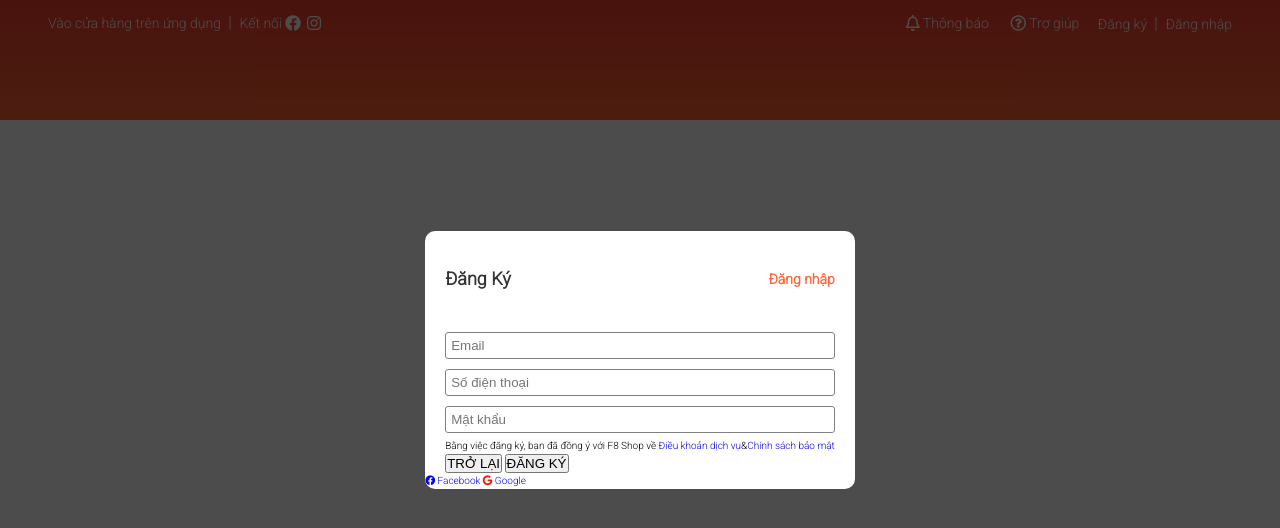
Repository: kebinh1235/Shopee-Demo
Page: index.html
An editor plug-in stored every save of this project. The page is shown before and after the next save, followed by the edit.
The browser window is 1280 px wide. The pictures show the whole page.

Above is the page before, as saved 2021-10-01 22:27:35.

### index.html
<!DOCTYPE html>
<html lang="en">

<head>
  <meta charset="UTF-8">
  <meta http-equiv="X-UA-Compatible" content="IE=edge">
  <meta name="viewport" content="width=device-width, initial-scale=1.0">
  <title>F8 Shop</title>
  <link rel="stylesheet" href="./asset/css/main.css">
  <link rel="stylesheet" href="./asset/css/base.css">
  <link rel="stylesheet" href="https://cdnjs.cloudflare.com/ajax/libs/font-awesome/5.15.4/css/all.min.css">
</head>

<body>
  <div class="app">
    <header class="header">
      <div class="grid">
        <nav class="header__navbar">
          <ul class="header__navbar-list">
            <li class="header__navbar-item header__item-separator">
              Vào cửa hàng trên ứng dụng
              <div class="header__navbar-QRCode">
                <div class="header__navbar-QRCode-img">
                  <img
                    src="https://upload.wikimedia.org/wikipedia/commons/thumb/d/d0/QR_code_for_mobile_English_Wikipedia.svg/1200px-QR_code_for_mobile_English_Wikipedia.svg.png"
                    alt="">
                </div>
                <div class="header__navbar-QRCode-social">
                  <a class="header__navbar-QRCode-link" href="#">
                    <i class="fab fa-google header__navbar-QRCode-icon-google"></i>
                    <span class="header__navbar-QRCode-title-google">Google</span>
                  </a>
                  <a class="header__navbar-QRCode-link" href="#">
                    <i class="fab fa-facebook header__navbar-QRCode-icon-facebook"></i>
                    <span class="header__navbar-QRCode-title-facebook">Facebook</span>
                  </a>
                </div>
              </div>
            </li>
            <li class="header__navbar-item">
              <span class="user__select-none">Kết nối</span>
              <a class="header__navbar-link-icon" href="#">
                <i class="fab fa-facebook header__navbar-icon"></i>
              </a>
              <a class="header__navbar-link-icon" href="#">
                <i class="fab fa-instagram header__navbar-icon"></i>
              </a>
            </li>
          </ul>
          <ul class="header__navbar-list">
            <li class="header__navbar-item">
              <a href="#" class="header__navbar-link">
                <i class="far fa-bell header__navbar-icon"></i>
                Thông báo
              </a>
              <div class="header__navbar-notification">
                <div class="header__navbar-noti-heading">
                  <h3>Thông báo nhận hàng</h3>
                </div>
                <ul class="header__navbar-noti-list">
                  <li class="header__navbar-noti-list-item header__navbar-noti-list-viewd">
                    <a class="header__navbar-noti-list-link" href="#">
                      <img src="https://www.oberlo.com/media/1603958036-new-products.jpg" alt="">
                      <div class="header_navbar-noti-content">
                        <span class="header_navbar-noti-name">Xác thực chính hãng nguồn gốc các sản phẩm Ohui</span>
                        <span class="header_navbar-noti-description">Xác thực chính hãng nguồn gốc các sản phẩm
                          Ohui</span>
                      </div>
                    </a>
                  </li>
                  <li class="header__navbar-noti-list-item header__navbar-noti-list-viewd">
                    <a class="header__navbar-noti-list-link" href="#">
                      <img src="https://www.oberlo.com/media/1603958036-new-products.jpg" alt="">
                      <div class="header_navbar-noti-content">
                        <span class="header_navbar-noti-name">Xác thực chính hãng nguồn gốc các sản phẩm Ohui</span>
                        <span class="header_navbar-noti-description">Xác thực chính hãng nguồn gốc các sản phẩm
                          Ohui</span>
                      </div>
                    </a>
                  </li>
                  <li class="header__navbar-noti-list-item">
                    <a class="header__navbar-noti-list-link" href="#">
                      <img src="https://www.oberlo.com/media/1603958036-new-products.jpg" alt="">
                      <div class="header_navbar-noti-content">
                        <span class="header_navbar-noti-name">Xác thực chính hãng nguồn gốc các sản phẩm Ohui</span>
                        <span class="header_navbar-noti-description">Xác thực chính hãng nguồn gốc các sản phẩm
                          Ohui</span>
                      </div>
                    </a>
                  </li>
                </ul>
                <div class="header__navbar-noti-footer">
                  <a class="header__navbar-noti-footer-link" href="#">Xem tất cả</a>
                </div>
              </div>
            </li>
            <li class="header__navbar-item">
              <a href="#" class="header__navbar-link">
                <i class="far fa-question-circle header__navbar-icon"></i>
                Trợ giúp
              </a>
            </li>
            <li class="header__navbar-item">
              <a href="#" class="header__navbar-link header__item-bold header__item-separator">Đăng ký</a>
            </li>
            <li class="header__navbar-item">
              <a href="#" class="header__navbar-link header__item-bold">Đăng nhập</a>
            </li>
          </ul>
        </nav>
      </div>
    </header>

    <div class="container">

    </div>

    <div class="footer">

    </div>
    <!--Modal-->
    <div class="modal">
      <div class="modal__overlay"></div>
      <div class="modal__body">
        <div class="modal__inner">
          <div class="auth__form">
            <div class="auth__form-padding">
              <div class="auth__form-header">
                  <h3 class="auth__form-heading">Đăng Ký</h3>
                  <span class="authb__form-btn-switch">Đăng nhập</span>
              </div>
              <div class="auth__form-form">
                <div class="auth__form-group">
                  <input class="auth__form-input" type="text" placeholder="Email">
                </div>
                <div class="auth__form-group">
                  <input class="auth__form-input" type="text" placeholder="Số điện thoại">
                </div>
                <div class="auth__form-group">
                  <input class="auth__form-input" type="text" placeholder="Mật khẩu">
                </div>
              </div>
              <div class="auth__form-note">
                <p class="auth_form-text">
                  Bằng việc đăng ký, bạn đã đồng ý với F8 Shop về
                  <a class="auth__form-note-link" href="#">Điều khoản dịch vụ</a>&<a class="auth__form-note-link" href="#">Chính sách bảo mật</a>
                </p>
              </div>
              <div class="auth__form-controls">
                <button class="btn">TRỞ LẠI</button>
                <button class="btn btn-primary">ĐĂNG KÝ</button>
              </div>
            </div>
            <div class="auth__form-social">
              <a href="#" class="btn btn-with-icon">
                <i class="fab fa-facebook header__navbar-QRCode-icon-facebook"></i>
                Facebook
              </a>
              <a href="#" class="btn btn-with-icon">
                <i class="fab fa-google header__navbar-QRCode-icon-google"></i>
                Google
              </a>
            </div>
          </div>
        </div>
      </div>
    </div>
  </div>
</body>

</html>

### asset/css/main.css
.header {
  height: 120px;
  background: linear-gradient(0, #fe6433, #f53e2d)
}
.header__navbar {
  display: flex;
  justify-content: space-between;
  padding: 10px 0;
}
.header__navbar-QRCode{
  background: white;
  height: 200px;
  position: absolute;
  top: 30px;
  padding: 10px;
  display: none;
  animation: fadeIn ease-out .8s;
}
.header__navbar-item:hover .header__navbar-QRCode {
  display: block;
}
.header__navbar-item:hover .header__navbar-notification {
  display: block;
}
.header__navbar-QRCode-img{
  width: 160px;
}
.header__navbar-QRCode-img img {
  width: 100%;
}
.header__navbar-QRCode-social {
  display: flex;
  align-items: center;
  justify-content: space-between;
}
.header__navbar-QRCode-social:before {
  content: '';
  position: absolute;
  top: -8px;
  left: 0;
  width: 100%;
  height: 10px;
  background: transparent;
}
.header__navbar-QRCode-link {
  font-size: 1.4rem;
  color: var(--text-color);
}
.header__navbar-QRCode-title-google:hover {
  color: #ff1100;
  transition: var(--transition-primary);
}
.header__navbar-QRCode-title-facebook:hover {
  color: blue;
  transition: var(--transition-primary);
}
.header__navbar-QRCode-icon-google {
  color: #ff1100;
}
.header__navbar-QRCode-icon-facebook {
  color: blue;
}
.header__navbar-list {
  list-style: none;
}
.header__navbar-item {
  margin: 0 8px;
  position: relative;
  min-height: 26px;
}
.header__item-separator::after {
  content: '';
  position: absolute;
  right: -10px;
  top: 50%;
  transform: translateY(-50%);
  height: 12px;
  border: 1px solid #FB9086;
}
.header__navbar-item,
.header__navbar-link {
  display: inline-block;
  font-size: 1.4rem;
  color: var(--white-color);
  text-decoration: none;
  font-weight: 300;
}
.header__navbar-item:hover,
.header__navbar-link:hover,
.header__navbar-link-icon:hover {
  cursor: pointer;
  color: rgba(255, 255, 255, 0.7);
}
.header__navbar-item,
.header__navbar-link,
.header__navbar-link-icon {
  display: inline-flex;
  align-items: center;
}
.header__navbar-link-icon {
  color: var(--white-color);
}
.header__navbar-icon {
  font-size: 1.6rem;
  margin: 0 3px;
}
.header__item-bold {
  font-weight: 500;
}
.user__select-none {
  cursor: text;
  color: var(--white-color);
}
.header__navbar-notification{
  position: absolute;
  top: 35px;
  right: 0;
  width: 404px;
  background: var(--white-color);
  display: none;
  box-shadow: rgba(0, 0, 0, 0.16) 0px 1px 4px;
  animation: growthUp ease-in .3s;
  will-change: opacity, transform, scale;
  transform-origin: calc(100% - 20px) top;
}
.header__navbar-notification:before {
  content: "";
  position: absolute;
  top: -10px;
  right: 0;
  width: 100%;
  background: transparent;
  height: 15px;
}
.header__navbar-notification:after {
  content: "";
  position: absolute;
  top: -32px;
  right: 10px;
  border: 20px solid #000;
  border-color: transparent transparent var(--white-color) transparent;
}
.header__navbar-noti-heading{
  padding: 10px;
  box-shadow: rgba(0, 0, 0, 0.16) 0px 1px 4px;
  cursor: default;
}
.header__navbar-noti-heading h3 {
  font-size: 1.6rem;
  color: var(--text-color);
}
.header__navbar-noti-list{
  list-style: none;
  box-shadow: rgba(0, 0, 0, 0.16) 0px 1px 1px;
}
.header__navbar-noti-list-item{
  padding: 8px 10px;
}
.header__navbar-noti-list-viewd{
  background: #ffe3e3;
}
.header__navbar-noti-list-item:hover{
  background: #f3c8c8;
  transition: var(--transition-primary);
}
.header__navbar-noti-list-link{
  display: inline-flex;
  align-items: center;
}
.header__navbar-noti-list-link img{
  width: 60px;
  object-fit: contain;
}
.header_navbar-noti-content{
  padding-left: 10px;
}
.header_navbar-noti-name{
  font-size: 1.4rem;
  font-weight: bold;
  color: var(--text-color);
  margin-bottom: 5px;
  line-height: 2rem;
  text-align: justify;
  display: block;
}
.header_navbar-noti-description{
  font-size: 1.3rem;
  color: var(--text-color-rgb-black);
  display: block;
}
.header__navbar-noti-footer{
  padding: 10px;
  text-align: center;
  box-shadow: rgba(0, 0, 0, 10px) 0px 1px 1px;
}
.header__navbar-noti-footer-link{
  color: var(--text-color-rgb-black);
}

/*Start Modal*/
.modal{
  position: fixed;
  /* top: 0;
  right: 0;
  bottom: 0;
  left: 0; */
  inset: 0;
  display: flex;
}
.modal__overlay{
  position: absolute;
  width: 100%;
  height: 100%;
  background: rgba(0, 0, 0, 0.7);
}
.modal__body{
  margin: auto;
  background: var(--white-color);
  overflow: hidden;
  z-index: 1;
  border-radius: 10px;
}
.modal__inner{
  padding: 0;
}
.auth__form-padding {
  padding: 0 20px;
}
.auth__form-header{
  display: flex;
  justify-content: space-between;
  align-items: center;
  padding: 40px 0;
}
.auth__form-heading{
  font-size: 1.8rem;
  color: var(--text-color);
  font-weight: bold;
}
.authb__form-btn-switch{
  font-size: 1.4rem;
  color: var(--primary-color);
  font-weight: bold;
}
.auth__form-group{
  padding: 5px 0;
  width: 100%;
}
.auth__form-input {
  width: 100%;
  padding: 5px;
  border-radius: 3px;
  overflow: hidden;
  border: 1px solid gray;
}
.auth__form-input:focus {
  outline: none;
}
.auth__form-note{

}
.auth_form-text {

}
.auth__form-controls{

}
.auth__form-social{

}

/*End Modal*/

### asset/css/base.css
@import url('https://fonts.googleapis.com/css2?family=Roboto:wght@300&display=swap');
:root {
  --white-color: #fff;
  --black-color: #000;
  --primary-color: #fe6433;
  --text-color: #333;
  --text-color-rgb-black: rgba(0, 0, 0, 0.7);
  --transition-primary: all .2s linear;
  --btn-primary: linear-gradient(0, #fe6433, #f53e2d);
}

* {
  margin: 0;
  padding: 0;
  box-sizing: inherit;
  text-decoration: none;
}

html {
  font-size: 62.5%;
  line-height: 1.6rem;
  border: none;
  outline: none;
  overflow: hidden;
  box-sizing: border-box;
  font-family: 'Roboto', sans-serif;
}

.grid {
  width: 1200px;
  max-width: 100%;
  margin: 0 auto;
}

.grid__full-width {
  width: 100%;
}

.grid__row {
  display: flex;
  flex-wrap: wrap;
}

/*Animation*/
@keyframes fadeIn {
  0% {
    opacity: 0;
  }
  100% {
    opacity: 1;
  }
}

@keyframes growthUp {
  0% {
    opacity: 0;
    transform: scale(0);
  }
  100% {
    opacity: 1;
    transform: scale(1);
  }
}

After the next save:
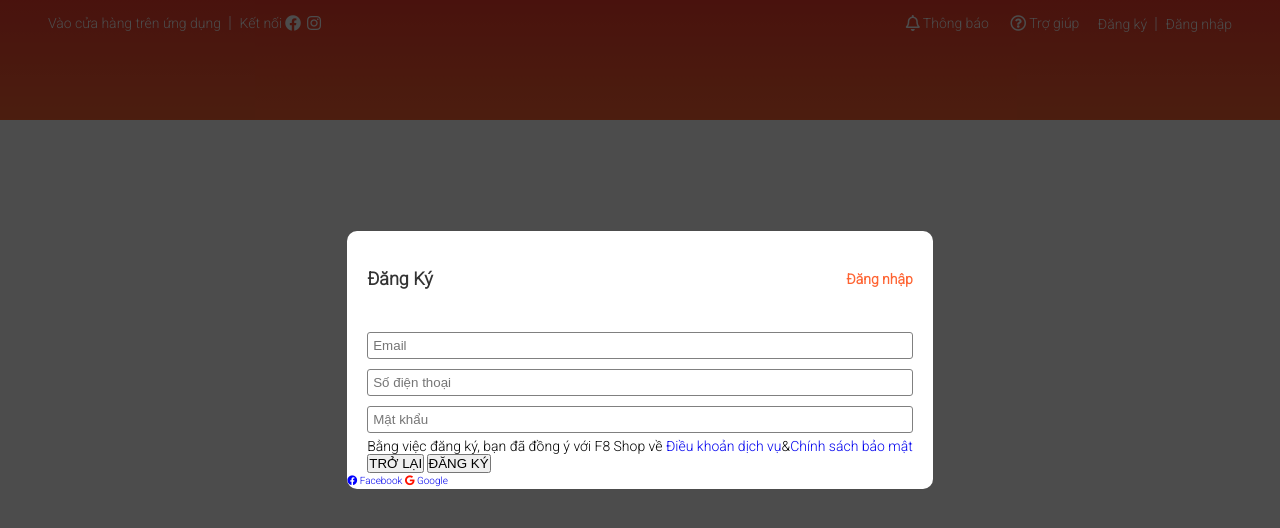
Saved 15 s later.
--- a/asset/css/main.css
+++ b/asset/css/main.css
@@ -257,7 +257,7 @@
   outline: none;
 }
 .auth__form-note{
-
+  font-size: 1.4rem;
 }
 .auth_form-text {
 
